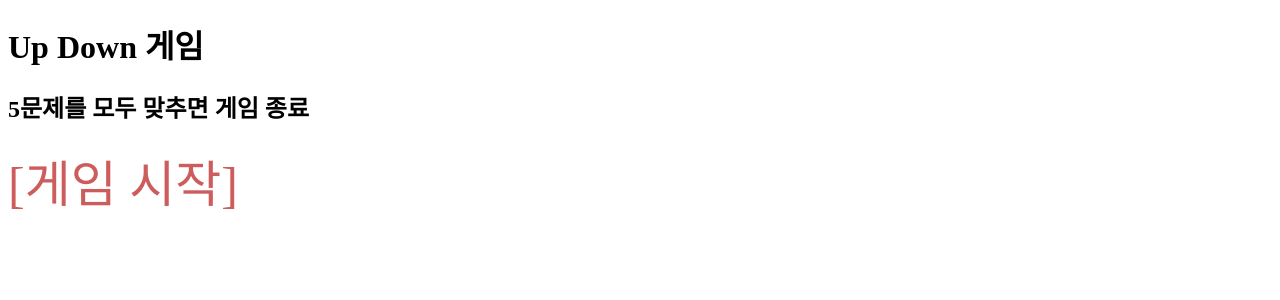
Repository: jjuhye/JSPWorkspace
Page: http://localhost/basic/02_requestUpDdown/index.jsp
These files come from the project's save history. The page is drawn as it stood at one moment and after the next save; the edit follows.
The browser window is 1280 px wide. The pictures show the whole page.
The page is served by Tomcat 9. Other server files are loaded and not shown.

Above is the page before, as saved 2023-02-21 06:46:09.

### basic/src/main/webapp/02_requestUpDdown/index.jsp
<%@ page language="java" contentType="text/html; charset=UTF-8"
    pageEncoding="UTF-8"%>
<!DOCTYPE html>
<html>
<head>
<meta charset="UTF-8">
<title>Insert title here</title>
<style>
a{
color: indianred;
font-size: 50px;
text-decoration-line:none;
}

</style>
</head>
<body>
<h1>Up Down 게임</h1>
<h2>5문제를 모두 맞추면 게임 종료</h2>
<a href="updownGalePlay.jsp?play=gameStart">[게임 시작]</a>
</body>
</html>

After the next save:
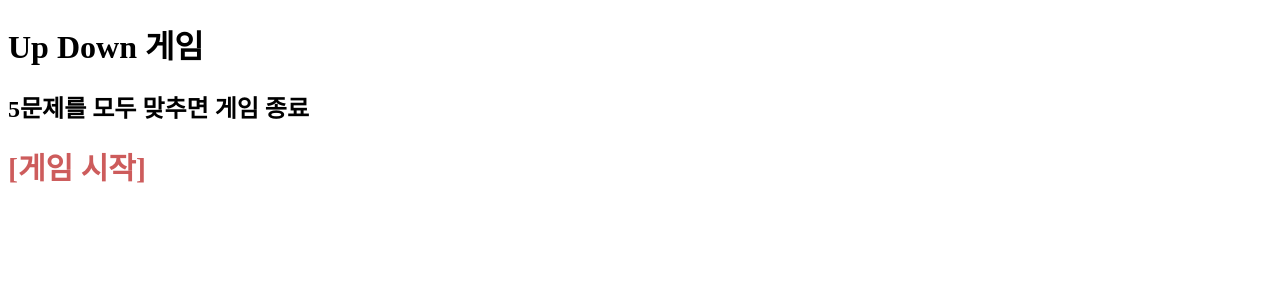
Saved 20 s later.
--- a/basic/src/main/webapp/02_requestUpDdown/index.jsp
+++ b/basic/src/main/webapp/02_requestUpDdown/index.jsp
@@ -8,7 +8,8 @@
 <style>
 a{
 color: indianred;
-font-size: 50px;
+font-size: 30px;
+font-weight:bold;
 text-decoration-line:none;
 }
 
